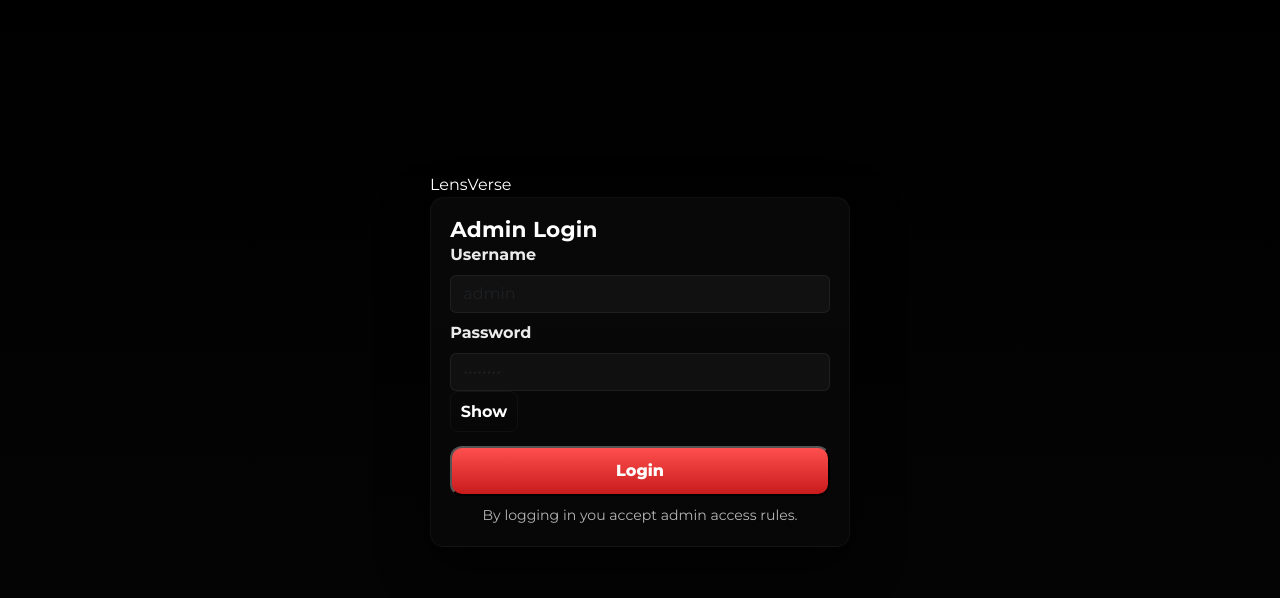
Repository: adithyakiran47/lensverseproject
Page: /admin-login (app in lensverse-client/)
These files come from the project's save history. The page is drawn as it stood at one moment and after the next save; the edit follows.
The browser window is 1280 px wide. The pictures show the whole page.
The project was rebuilt for these pictures with package versions that can differ from the ones it lists, and the page was loaded fresh each time. Also part of the build but not shown: lensverse-client/src/components/Navbar.css, lensverse-client/src/components/Navbar.js, lensverse-client/src/pages/Home.js, lensverse-client/src/pages/Portfolio.css, lensverse-client/src/pages/Portfolio.js, lensverse-client/src/pages/Booking.js, lensverse-client/src/pages/About.js, lensverse-client/src/pages/AdminDashboard.js. Imported but missing from the stored project, and not drawn on this page: lensverse-client/src/reportWebVitals.

Above is the page before, as saved 2025-11-04 11:29:48.

### lensverse-client/src/index.css
/* src/index.css - global font + high-contrast variables */
@import url('https://fonts.googleapis.com/css2?family=Montserrat:wght@400;600;700;800&family=Inter:wght@300;400;600&display=swap');

:root{
  --bg-900: #000000;
  --panel: rgba(255,255,255,0.03);         /* glass panels */
  --muted: rgba(255,255,255,0.65);
  --text: #ffffff;
  --accent: #ff4f4f;                       /* primary accent */
  --accent-600: #c81b1b;
  --card-bg: rgba(255,255,255,0.02);
  --input-bg: rgba(255,255,255,0.04);
  --focus-ring: rgba(255,79,79,0.14);
}

html,body,#root{
  height:100%;
  background: linear-gradient(180deg,var(--bg-900),#040404);
  margin:0;
  color:var(--text);
  font-family: 'Montserrat', 'Inter', system-ui, -apple-system, 'Segoe UI', Roboto, Arial;
  -webkit-font-smoothing:antialiased;
  -moz-osx-font-smoothing:grayscale;
}

/* Headings: blocky, high-weight for strong visual presence */
h1,h2,h3,h4,h5{
  font-family: 'Montserrat', 'Inter', sans-serif;
  font-weight:700;
  color: var(--text);
  letter-spacing: 0.2px;
}

/* Links */
a { color: var(--muted); text-decoration:none; }
a:hover { color: var(--text); }

/* Utility adjustments for contrast across components */
.bg-black { background: transparent !important; } /* allow global background to show */
.text-muted, .small { color: var(--muted) !important; }

/* Button defaults */
.btn {
  border-radius: 10px;
  font-weight: 700;
  letter-spacing: 0.2px;
}

/* Danger/accent button */
.btn-danger, .btn-logout {
  background: linear-gradient(180deg,var(--accent),var(--accent-600));
  color: #fff;
  border: none;
  box-shadow: 0 10px 30px rgba(200,40,40,0.12);
}

/* Form controls contrast */
.form-control, .form-select, textarea {
  background: var(--input-bg) !important;
  border: 1px solid rgba(255,255,255,0.06) !important;
  color: var(--text) !important;
  border-radius: 8px;
}

.form-control::placeholder { color: rgba(255,255,255,0.45); }

/* Focus */
.form-control:focus, .form-select:focus, textarea:focus, .btn:focus {
  outline: none;
  box-shadow: 0 8px 28px var(--focus-ring);
  border-color: var(--accent);
}

/* Cards / panels */
.panel {
  background: linear-gradient(180deg,var(--card-bg), rgba(0,0,0,0.06));
  border: 1px solid rgba(255,255,255,0.03);
  border-radius: 12px;
  padding: 1rem;
  box-shadow: 0 10px 30px rgba(0,0,0,0.6);
}

/* Make sure contrast for badges */
.badge {
  font-weight:700;
  color: #fff;
}

/* Narrow screens: keep spacing */
@media (max-width:767.98px){
  .container { padding-left:1rem; padding-right:1rem; }
}

### lensverse-client/src/App.js
import React from 'react';
import { BrowserRouter as Router, Routes, Route } from 'react-router-dom';


// Import your page components (create these next)
import Home from './pages/Home';
import Portfolio from './pages/Portfolio';
import Booking from './pages/Booking';
import About from './pages/About';
import AdminLogin from './pages/AdminLogin';
import AdminDashboard from './pages/AdminDashboard';

function App() {
  return (
    <Router>
      <Routes>
        <Route path="/" element={<Home />} />
        <Route path="/portfolio" element={<Portfolio />} />
        <Route path="/booking" element={<Booking />} />
        <Route path="/about" element={<About />} />
        <Route path="/admin-login" element={<AdminLogin />} />
        <Route path="/admin-dashboard" element={<AdminDashboard />} />
      </Routes>
    </Router>
  );
}

export default App;

### lensverse-client/src/pages/AdminLogin.js
// src/pages/AdminLogin.js
import React, { useState } from 'react';
import { useNavigate } from 'react-router-dom';
import api from '../utils/api';
import './AdminLogin.css';

const AdminLogin = () => {
  const [formData, setFormData] = useState({ username: '', password: '' });
  const [showPass, setShowPass] = useState(false);
  const [submitting, setSubmitting] = useState(false);
  const [error, setError] = useState('');
  const navigate = useNavigate();

  const handleChange = e => {
    setFormData(p => ({ ...p, [e.target.name]: e.target.value }));
    setError('');
  };

  const handleSubmit = async (e) => {
    e.preventDefault();
    if (!formData.username.trim() || !formData.password) {
      setError('Please enter username and password.');
      return;
    }
    setSubmitting(true);
    setError('');
    try {
      const res = await api.post('/admin/login', formData);
      localStorage.setItem('adminToken', res.data.token);
      navigate('/admin-dashboard');
    } catch (err) {
      const msg = err?.response?.data?.message || 'Invalid credentials';
      setError(msg);
    } finally {
      setSubmitting(false);
    }
  };

  return (
    <div className="admin-login-page">
      <div className="login-wrap">
        <div className="brand"><span className="brand-red">Lens</span><span className="brand-white">Verse</span></div>

        <form className="admin-card" onSubmit={handleSubmit}>
          <h2 className="card-title">Admin Login</h2>

          {error && <div className="alert alert-danger">{error}</div>}

          <label className="form-label" htmlFor="username">Username</label>
          <input id="username" name="username" type="text" className="form-control"
            placeholder="admin" value={formData.username} onChange={handleChange} disabled={submitting} required />

          <label className="form-label mt-2" htmlFor="password">Password</label>
          <div className="password-row">
            <input id="password" name="password" type={showPass ? 'text' : 'password'} className="form-control"
              placeholder="••••••••" value={formData.password} onChange={handleChange} disabled={submitting} required />
            <button type="button" className="show-btn" onClick={() => setShowPass(s => !s)}>{showPass ? 'Hide' : 'Show'}</button>
          </div>

          <button className="btn-submit" type="submit" disabled={submitting}>
            {submitting ? 'Signing in...' : 'Login'}
          </button>

          <div className="small-note">By logging in you accept admin access rules.</div>
        </form>
      </div>
    </div>
  );
};

export default AdminLogin;

### lensverse-client/src/pages/Home.css
/* Add to src/pages/Home.css */
@import url("https://cdn.jsdelivr.net/npm/bootstrap-icons@1.11.1/font/bootstrap-icons.css");

/* Utility Classes */
.py-6 {
  padding-top: 6rem;
  padding-bottom: 6rem;
}

.z-1 {
  z-index: 1;
}

/* Hero Section */
.hero-section {
  position: relative;
  background: linear-gradient(rgba(0, 0, 0, 0.7), rgba(0, 0, 0, 0.7));
}

.bg-pattern {
  opacity: 0.1;
  background-image: radial-gradient(#dc3545 1px, transparent 1px);
  background-size: 32px 32px;
}

/* Service Cards */
.service-card {
  transition: transform 0.3s ease, box-shadow 0.3s ease;
  cursor: pointer;
}

.service-card:hover {
  transform: translateY(-10px);
  box-shadow: 0 10px 30px rgba(220, 53, 69, 0.2);
}

/* Feature List */
.feature-list li {
  transition: transform 0.3s ease;
}

.feature-list li:hover {
  transform: translateX(10px);
}

.feature-icon {
  font-size: 1.5rem;
  color: #dc3545;
}

/* Stats Cards */
.stat-card {
  transition: transform 0.3s ease;
  cursor: pointer;
}

.stat-card:hover {
  transform: translateY(-5px);
}

/* Testimonial Section */
.testimonial-card {
  transition: transform 0.3s ease;
  box-shadow: 0 10px 30px rgba(0, 0, 0, 0.2);
}

.testimonial-card:hover {
  transform: translateY(-5px);
}

/* CTA Section */
.cta-section {
  background: linear-gradient(45deg, #dc3545, #900);
}

.cta-section::before {
  content: '';
  position: absolute;
  top: 0;
  left: 0;
  right: 0;
  bottom: 0;
  background: url('data:[embedded picture, 165 characters]') repeat;
  opacity: 0.1;
}

/* Hover Effects */
.hover-scale {
  transition: transform 0.3s ease;
}

.hover-scale:hover {
  transform: scale(1.05);
}

/* Responsive Adjustments */
@media (max-width: 768px) {
  .display-1 {
    font-size: 3rem;
  }

  .py-6 {
    padding-top: 4rem;
    padding-bottom: 4rem;
  }
}

### lensverse-client/src/utils/api.js
// src/utils/api.js
import axios from 'axios';

const base = process.env.REACT_APP_API_BASE || '/api';

const api = axios.create({
  baseURL: base,
  timeout: 15000,
  headers: {
    Accept: 'application/json'
  }
});

export default api;

### lensverse-client/src/pages/Booking.css
/* src/pages/Booking.css
   Glassy booking form, responsive, improved contrast, date icon + dropdown visibility
*/

/* Font */
@import url('https://fonts.googleapis.com/css2?family=Montserrat:wght@600;700&display=swap');

/* Form shell (glass) */
.booking-form,
.bg-dark.p-4.rounded.shadow-lg {
  background: linear-gradient(180deg, rgba(255,255,255,0.025), rgba(255,255,255,0.015));
  border-radius: 14px;
  padding: 1.1rem;
  border: 1px solid rgba(255,255,255,0.04);
  box-shadow: 0 18px 48px rgba(0,0,0,0.65);
  backdrop-filter: blur(8px) saturate(120%);
  -webkit-backdrop-filter: blur(8px) saturate(120%);
  transition: transform .14s ease, box-shadow .14s ease, background .2s ease;
  overflow: hidden;
}

/* Hover lift on large screens */
@media (min-width: 992px) {
  .booking-form:hover,
  .bg-dark.p-4.rounded.shadow-lg:hover {
    transform: translateY(-6px);
    box-shadow: 0 28px 60px rgba(0,0,0,0.75);
  }
}

/* Grid: 1 col mobile, 2 col tablet+ */
.row-gap {
  display: grid;
  gap: .75rem;
}
@media (min-width: 768px) {
  .row-gap { grid-template-columns: 1fr 1fr; }
}

/* Inputs and selects */
.booking-form .form-control,
.booking-form .form-select,
.bg-dark.p-4.rounded.shadow-lg .form-control,
.bg-dark.p-4.rounded.shadow-lg .form-select {
  background: linear-gradient(180deg, rgba(0,0,0,0.62), rgba(10,10,10,0.45)) !important;
  color: #f6f6f6 !important;
  border: 1px solid rgba(255,255,255,0.04);
  padding: 0.72rem 0.9rem;
  border-radius: 10px;
  font-size: 0.98rem;
  width: 100%;
  transition: box-shadow .14s ease, border-color .12s ease, transform .08s ease;
  -webkit-appearance: none;
  appearance: none;
}

/* Placeholder */
.booking-form ::placeholder,
.bg-dark.p-4.rounded.shadow-lg ::placeholder {
  color: rgba(255,255,255,0.55);
}

/* Labels */
.booking-form .form-label,
.bg-dark.p-4.rounded.shadow-lg .form-label {
  display: block;
  margin-bottom: 0.35rem;
  font-weight: 600;
  color: #eaeaea;
  font-size: 0.95rem;
}

/* Focus state */
.booking-form .form-control:focus,
.booking-form .form-select:focus,
.bg-dark.p-4.rounded.shadow-lg .form-control:focus,
.bg-dark.p-4.rounded.shadow-lg .form-select:focus {
  border-color: rgba(220,53,69,0.95);
  box-shadow: 0 8px 30px rgba(220,53,69,0.06);
  transform: translateY(-1px);
  outline: none;
}

/* Focus-visible for keyboard users */
.booking-form .form-control:focus-visible,
.booking-form .form-select:focus-visible,
.bg-dark.p-4.rounded.shadow-lg .form-control:focus-visible,
.bg-dark.p-4.rounded.shadow-lg .form-select:focus-visible {
  outline: 3px solid rgba(220,53,69,0.12);
  outline-offset: 3px;
}

/* Select specifics: ensure white value and visible arrow */
.booking-form .form-select,
.bg-dark.p-4.rounded.shadow-lg .form-select {
  color: #fff !important;
  padding-right: 2.8rem;
  background: linear-gradient(180deg, rgba(0,0,0,0.62), rgba(10,10,10,0.45)) !important;
  border-radius: 10px;
  border: 1px solid rgba(255,255,255,0.04) !important;
  background-image:
    url('data:[embedded picture, 259 characters]');
  background-repeat: no-repeat;
  background-position: right 12px center;
  background-size: 14px 14px;
}

/* Ensure option items are visible (native lists vary by browser) */
.booking-form .form-select option {
  background: #0b0b0b;
  color: #fff;
}

/* Date input: make text and icon white and visible */
.booking-form input[type="date"],
.bg-dark.p-4.rounded.shadow-lg input[type="date"] {
  color: #fff; /* date text */
  background: linear-gradient(180deg, rgba(0,0,0,0.62), rgba(10,10,10,0.45)) !important;
}

/* WebKit calendar icon */
.booking-form input[type="date"]::-webkit-calendar-picker-indicator {
  filter: invert(1) brightness(2) contrast(1);
  opacity: 0.95;
}

/* WebKit editable text */
.booking-form input[type="date"]::-webkit-datetime-edit,
.booking-form input[type="date"]::-webkit-datetime-edit-text {
  color: #fff;
}

/* Edge / IE expand control */
.booking-form input[type="date"]::-ms-expand,
.booking-form input[type="date"]::-ms-clear {
  filter: invert(1) brightness(2);
}

/* Button style */
.booking-form .btn-danger,
.bg-dark.p-4.rounded.shadow-lg .btn-danger {
  position: relative;
  overflow: hidden;
  background: linear-gradient(180deg, #ff4f4f 0%, #c81b1b 100%);
  border: none;
  color: #fff;
  padding: 0.62rem 1.05rem;
  border-radius: 12px;
  font-weight: 700;
  letter-spacing: 0.2px;
  box-shadow: 0 10px 30px rgba(200,40,40,0.12);
  transition: transform .12s ease, box-shadow .12s ease;
}

/* Button hover shine */
.booking-form .btn-danger:hover {
  transform: translateY(-4px) scale(1.02);
  box-shadow: 0 20px 50px rgba(200,40,40,0.18);
}
.booking-form .btn-danger::after {
  content: "";
  position: absolute;
  top: -40%;
  left: -30%;
  width: 60%;
  height: 180%;
  background: linear-gradient(120deg, rgba(255,255,255,0.18), rgba(255,255,255,0.02));
  transform: rotate(25deg);
  transition: transform .6s cubic-bezier(.2,.9,.2,1);
  pointer-events: none;
}
.booking-form .btn-danger:hover::after {
  transform: translateX(150%) rotate(25deg);
}

/* Alert */
.alert-success {
  background: linear-gradient(90deg, rgba(40,167,69,0.12), rgba(40,167,69,0.06));
  color: #c7f0d1;
  border: 1px solid rgba(40,167,69,0.12);
}

/* Small note */
.booking-note { color: rgba(255,255,255,0.75); font-size: .95rem; }

/* is-invalid */
.is-invalid { border-color: rgba(255,100,100,0.9) !important; box-shadow: 0 6px 18px rgba(255,100,100,0.04) !important; }
.invalid-feedback { color: #ffbdbd; font-size: 0.9rem; }

/* Responsive adjustments */
@media (max-width: 767.98px) {
  .booking-form { padding: 0.9rem; }
  .booking-form .btn-danger { width: 100%; }
}

/* Accessibility focus-visible */
.booking-form .form-control:focus-visible,
.booking-form .form-select:focus-visible,
.booking-form input[type="date"]:focus-visible {
  outline: 3px solid rgba(220,53,69,0.12);
  outline-offset: 3px;
}

/* Minor polish */
.booking-form .form-control { line-height: 1.3; }

### lensverse-client/src/pages/AdminLogin.css
/* src/pages/AdminLogin.css - improved contrast and block font */
@import url('https://fonts.googleapis.com/css2?family=Montserrat:wght@600;800&display=swap');

.admin-login-page {
  min-height:100vh;
  display:flex;
  align-items:center;
  justify-content:center;
  background: linear-gradient(180deg,#000,#050505);
  padding:2rem;
  font-family: 'Montserrat', system-ui, sans-serif;
}

.login-wrap { width:100%; max-width:420px; }

.admin-card {
  background: linear-gradient(180deg, rgba(255,255,255,0.03), rgba(255,255,255,0.015));
  border-radius:14px;
  border:1px solid rgba(255,255,255,0.04);
  padding:1.2rem;
  box-shadow: 0 18px 48px rgba(0,0,0,0.7);
}

/* title */
.card-title { font-size:1.35rem; color:#fff; font-weight:700; }

/* labels & inputs */
.form-label { color: rgba(255,255,255,0.92); font-weight:700; }
.form-control {
  background: rgba(0,0,0,0.6);
  border-radius:10px;
  border:1px solid rgba(255,255,255,0.04);
  padding:.7rem .9rem;
  color:#fff;
}

/* show button */
.show-btn {
  background: transparent;
  border: 1px solid rgba(255,255,255,0.04);
  color: #fff;
  padding: .45rem .6rem;
  border-radius:8px;
  font-weight:700;
}

/* submit */
.btn-submit {
  margin-top:.9rem;
  width:100%;
  background: linear-gradient(180deg,var(--accent),var(--accent-600));
  color:#fff;
  padding:.68rem;
  border-radius:12px;
  font-weight:800;
}

/* small note */
.small-note { color: rgba(255,255,255,0.7); font-size:.88rem; text-align:center; margin-top:.6rem; }

### lensverse-client/src/pages/AdminDashboard.css
/* src/pages/AdminDashboard.css - table + card contrast */
@import url('https://fonts.googleapis.com/css2?family=Montserrat:wght@600;700&display=swap');

.container.bg-black { background: transparent; font-family: 'Montserrat', system-ui, sans-serif; }

/* glass panel */
.table-responsive {
  background: linear-gradient(180deg, rgba(255,255,255,0.02), rgba(255,255,255,0.01));
  border: 1px solid rgba(255,255,255,0.03);
  border-radius: 12px;
  padding: .6rem;
  box-shadow: 0 18px 48px rgba(0,0,0,0.65);
  backdrop-filter: blur(6px);
}

/* table rows distinct */
.table.table-dark tbody tr {
  background: linear-gradient(180deg, rgba(0,0,0,0.6), rgba(8,8,8,0.5));
  border-radius: 10px;
  box-shadow: 0 10px 30px rgba(0,0,0,0.6);
}

/* table cell color */
.table.table-dark tbody td { color: #fff; padding: .85rem 1rem; }

/* headings */
.table.table-dark thead th { color: #fff; font-weight:700; border-bottom: 1px solid rgba(255,255,255,0.03); }

/* badges for status */
.badge { font-weight:700; color:#fff; }

/* small-screen cards */
.card.bg-dark {
  background: linear-gradient(180deg, rgba(255,255,255,0.02), rgba(255,255,255,0.01));
  border:1px solid rgba(255,255,255,0.03);
  border-radius:12px;
  box-shadow: 0 12px 36px rgba(0,0,0,0.65);
  padding:.8rem;
  margin-bottom:1rem;
}

/* actions */
.btn { font-weight:700; border-radius:8px; }
.btn-outline-light { border:1px solid rgba(255,255,255,0.06); color:#fff; }

Loaded but not shown: lensverse-client/src/index.js (common file)

After the next save:
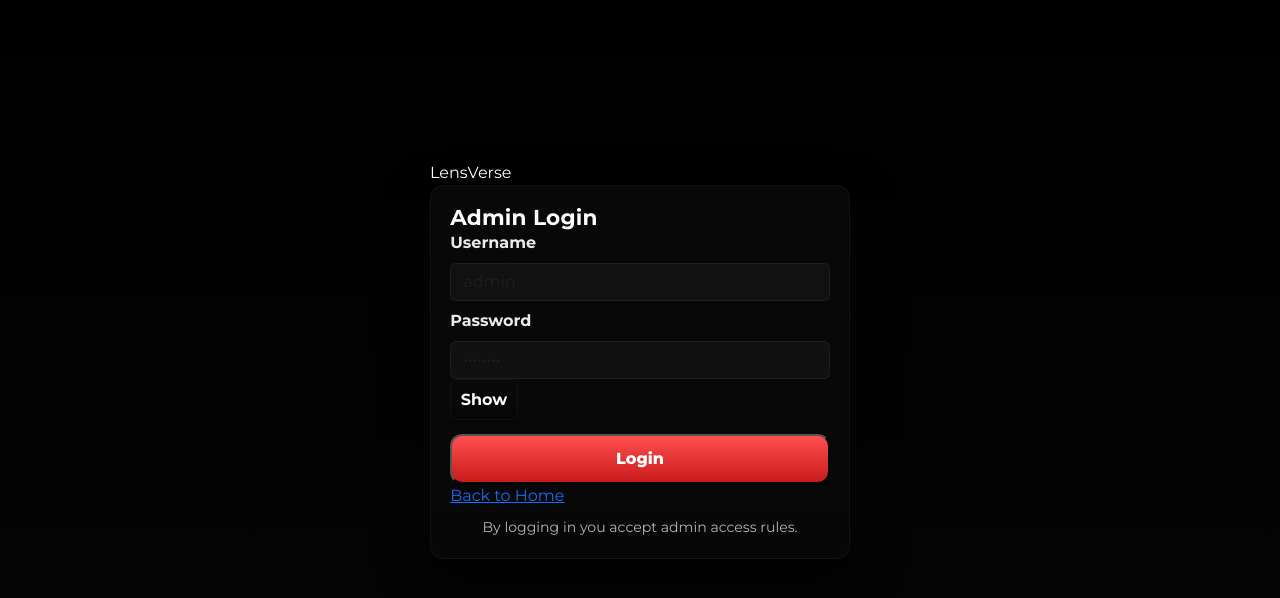
Saved 2 min 9 s later.
--- a/lensverse-client/src/pages/AdminLogin.js
+++ b/lensverse-client/src/pages/AdminLogin.js
@@ -1,6 +1,6 @@
 // src/pages/AdminLogin.js
 import React, { useState } from 'react';
-import { useNavigate } from 'react-router-dom';
+import { useNavigate, Link } from 'react-router-dom';
 import api from '../utils/api';
 import './AdminLogin.css';
 
@@ -61,6 +61,10 @@ const AdminLogin = () => {
             {submitting ? 'Signing in...' : 'Login'}
           </button>
 
+          <Link to="/" className="btn-back-home">
+            Back to Home
+          </Link>
+
           <div className="small-note">By logging in you accept admin access rules.</div>
         </form>
       </div>
